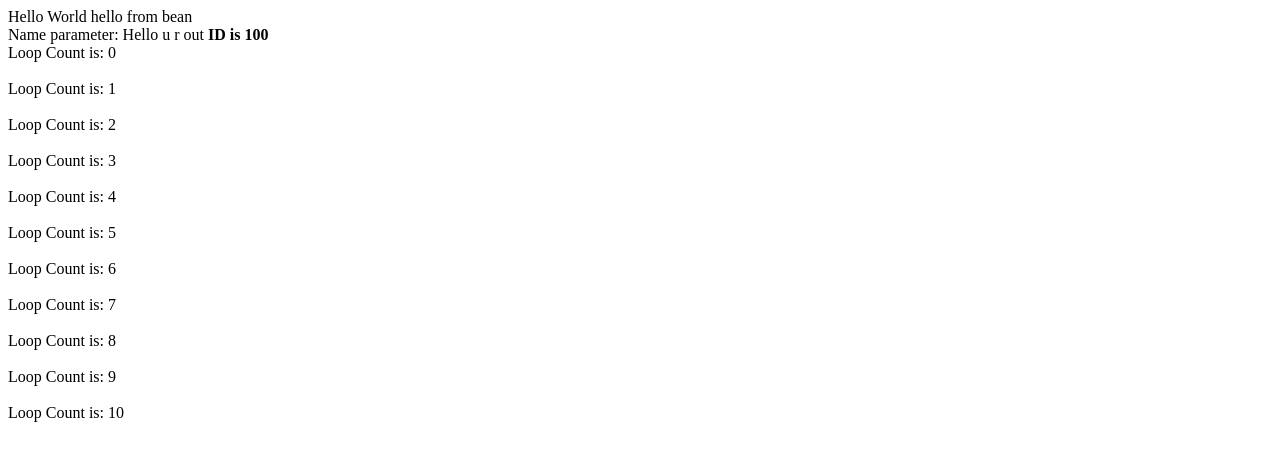
Repository: rkolan/DemoOne
Page: http://localhost/Tutorial-9-JSTL/jstl.jsp
An editor plug-in stored every save of this project. The page is shown before and after the next save, followed by the edit.
The browser window is 1280 px wide. The pictures show the whole page.
The page is served by Tomcat 9.

Above is the page before, as saved 2015-12-15 18:20:23.

After the next save:
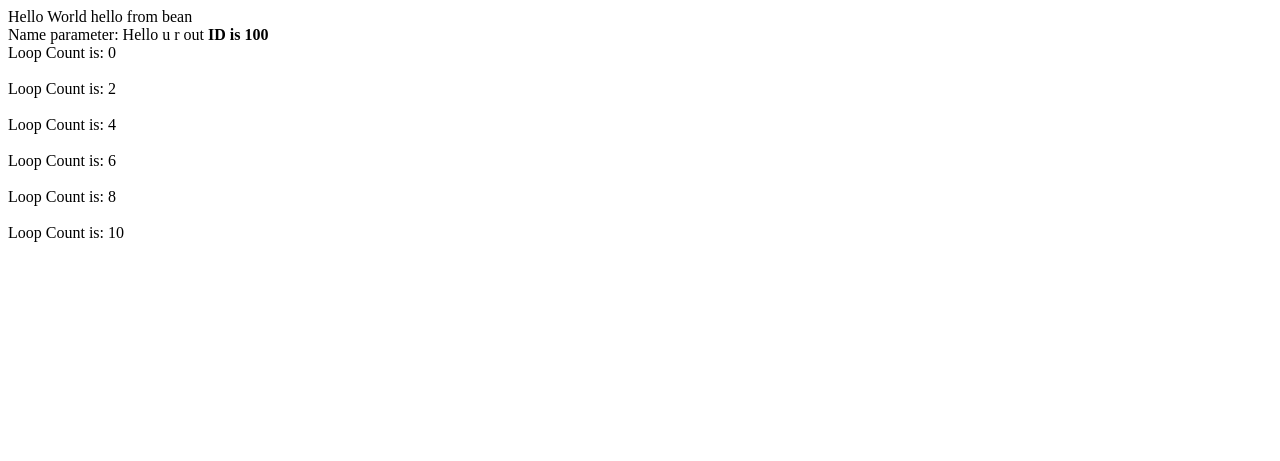
Saved 30 s later.
--- a/Tutorial-9-JSTL/WebContent/jstl.jsp
+++ b/Tutorial-9-JSTL/WebContent/jstl.jsp
@@ -40,7 +40,7 @@ ID is equal to 2<br/>
 </c:choose>
 
 <%-- JSTL for loop --%>
-<c:forEach var="i" begin="0" end="10">
+<c:forEach var="i" begin="0" end="10" step="2">
 <br> Loop Count is: <c:out value="${i}"></c:out> </br>
 
 </c:forEach>
